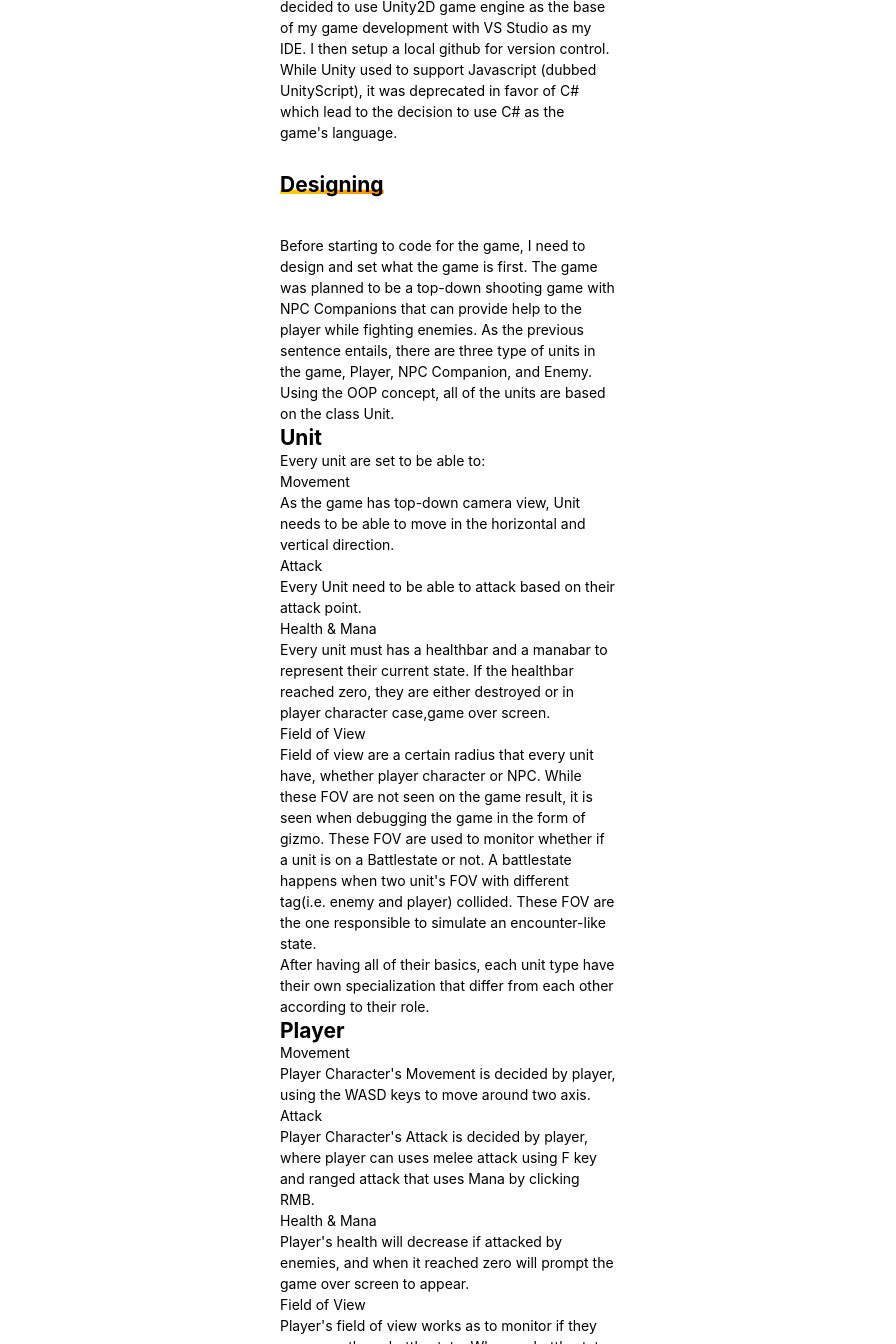
Repository: thortato/thortato.github.io
Page: /IntotheForest
An editor plug-in stored every save of this project. The page is shown before and after the next save, followed by the edit.
The browser window is 1280 px wide. The pictures show the part of the page from y = 1003 to 2923 px (the page is 5554 px tall before and 5550 px after), at 70% of full size.
The project was rebuilt for these pictures with package versions that can differ from the ones it lists, and the page was loaded fresh each time. Also part of the build but not shown: src/App.css, src/Components/Sidebar.css, src/Pages/Sidebar.js, src/Components/HeroImage.js, src/Pages/HeroSection.js, src/Pages/About.js, src/Components/Card.js, src/Pages/Works.js and 3 more.

Above is the page before, as saved 2023-10-03 13:10:36.

After the next save:
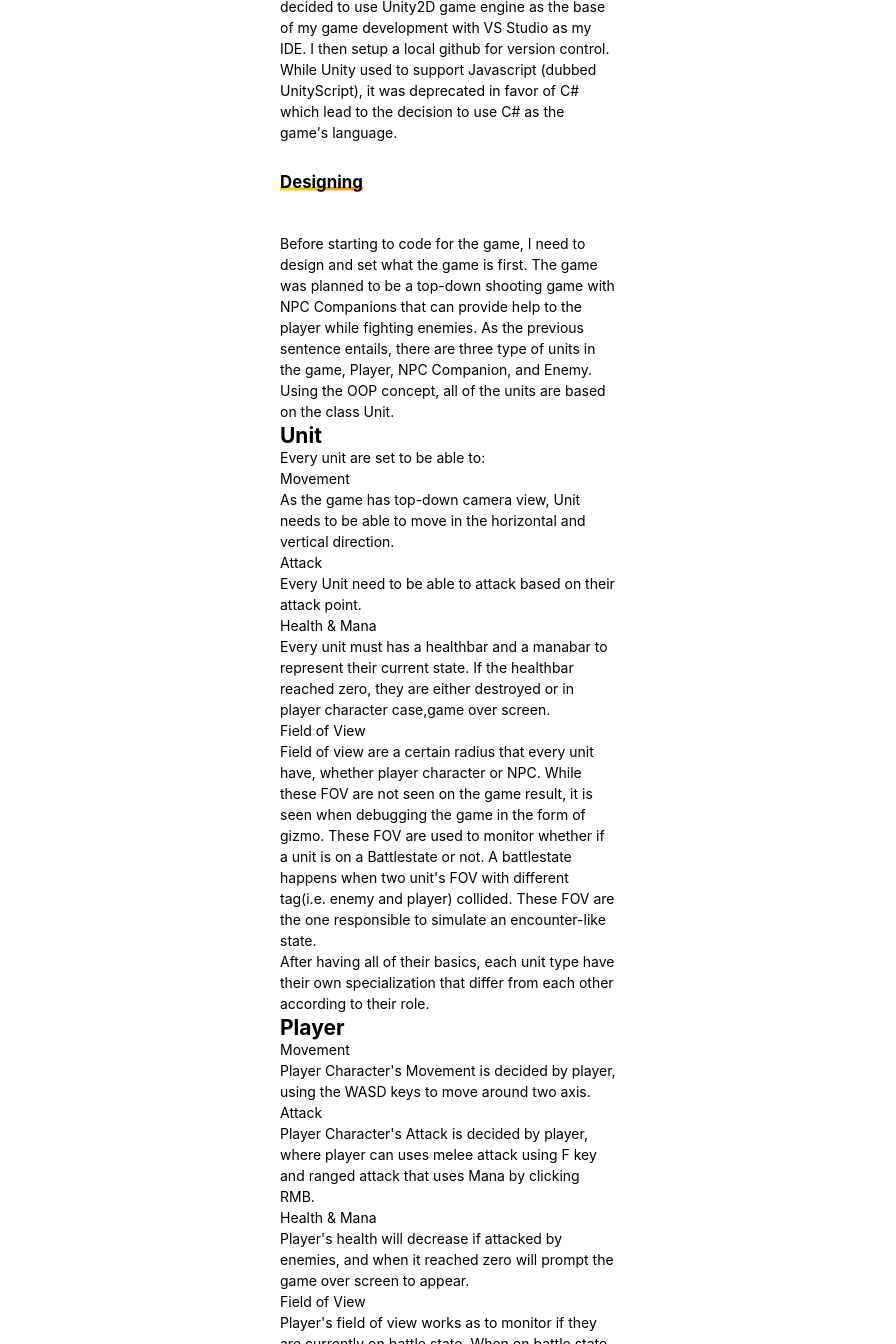
Saved 18 s later.
--- a/src/Pages/Works/Work_IntotheForest.js
+++ b/src/Pages/Works/Work_IntotheForest.js
@@ -51,7 +51,7 @@
           </p>
         </div>
         <div>
-          <h2 className="text-3xl font-bold md:mb-14">
+          <h2 className="text-2xl font-bold md:mb-14">
             <span className="highlight">Designing</span>
           </h2>
           <p>
